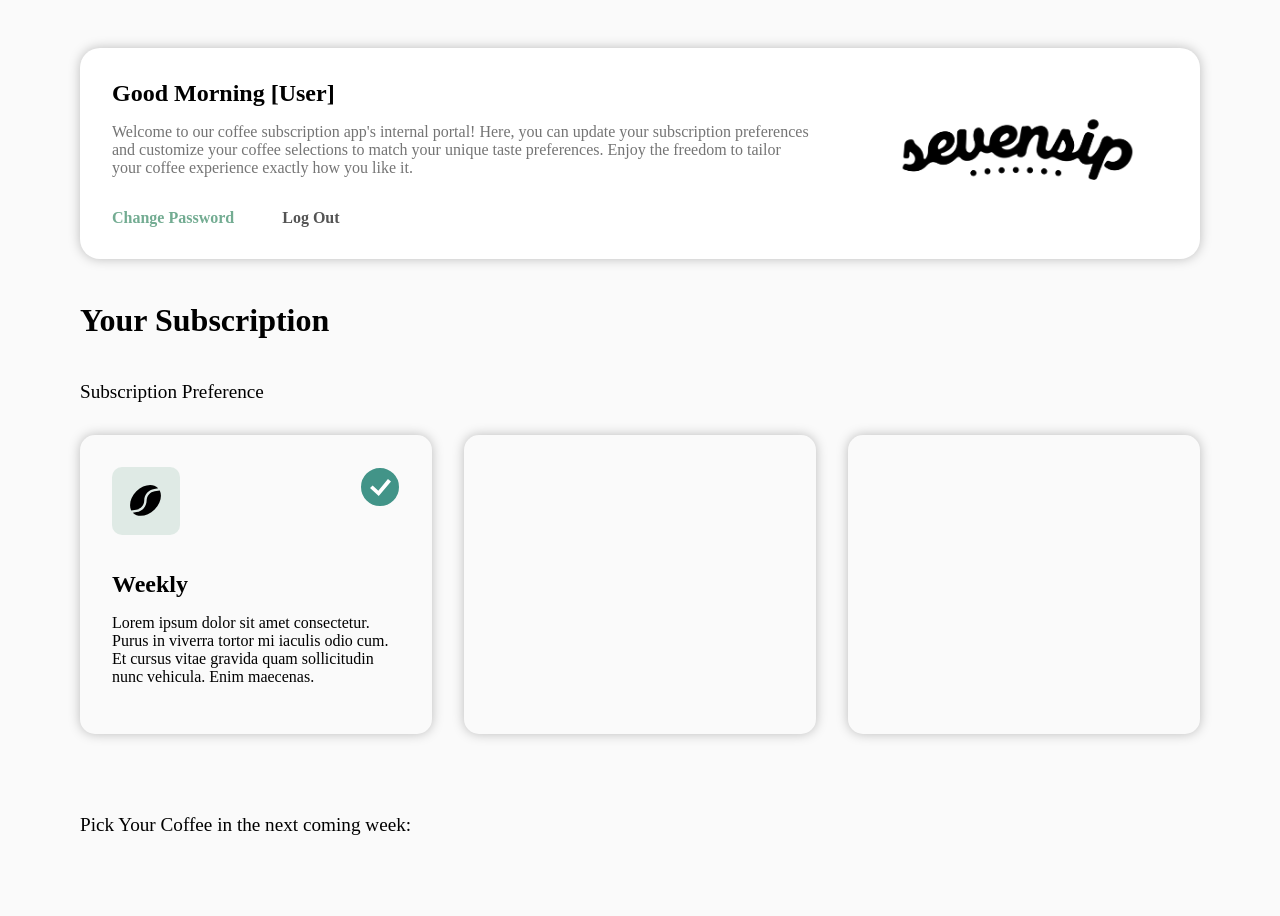
Repository: Haydenleung/COMP-4170-Final-Project
Page: http://localhost/main
The author's editor kept a copy of each file at every save. The page is drawn from the files as they stood at one save, then again after the next save.
The browser window is 1280 px wide. The pictures show the whole page.
The page is served by the project's Node server (app.js).

Above is the page before, as saved 2024-03-22 18:18:41.

After the next save:
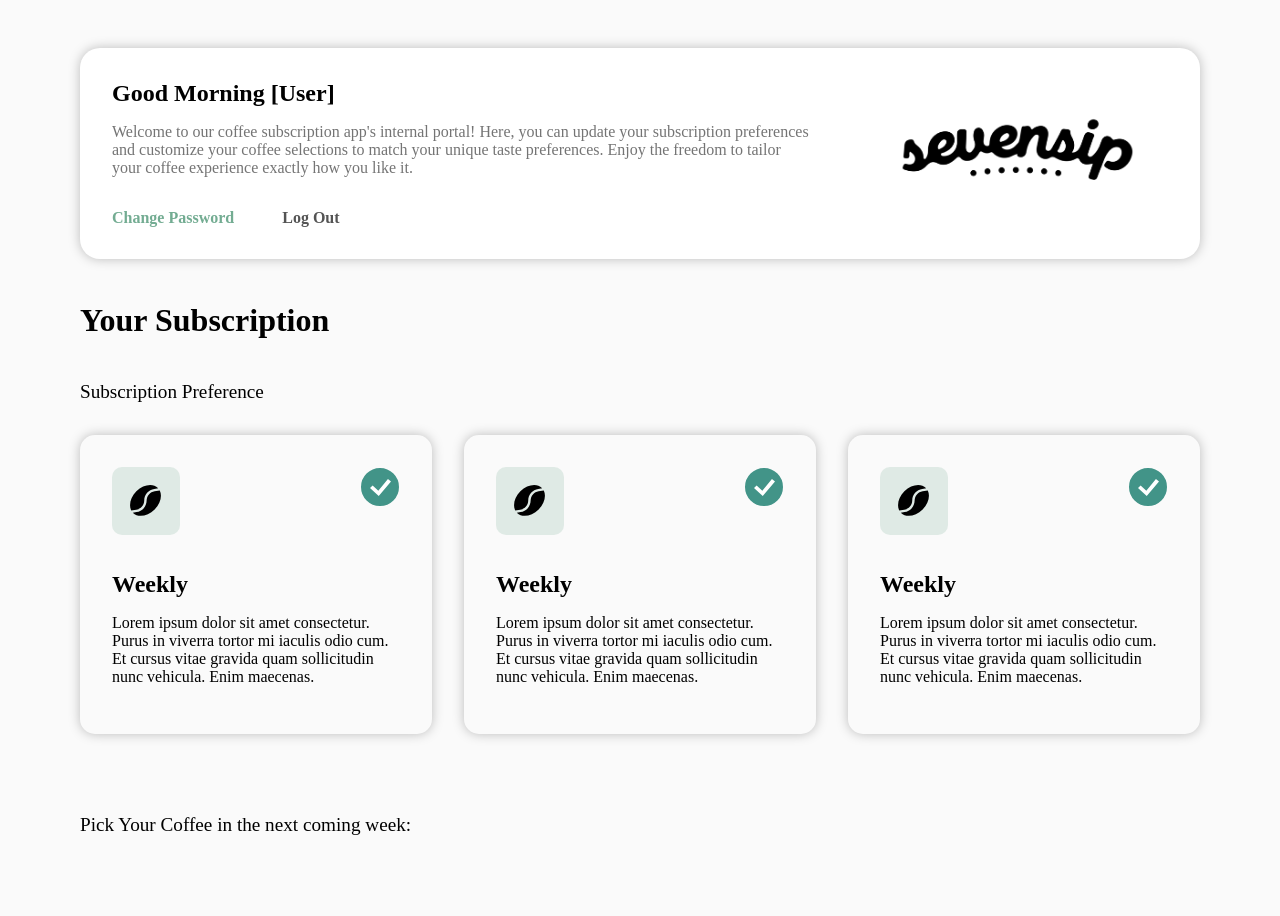
Saved 14 s later.
--- a/views/main.ejs
+++ b/views/main.ejs
@@ -37,8 +37,33 @@
                             odio cum. Et
                             cursus vitae gravida quam sollicitudin nunc vehicula. Enim maecenas.</p>
                     </div>
-                    <div class="sub-option"></div>
-                    <div class="sub-option"></div>
+                    <div class="sub-option">
+                        <div class="tick">
+                            <svg viewBox="0 0 100 100" xmlns="http://www.w3.org/2000/svg">
+                                <circle cx="50" cy="50" r="45" fill="#429488" stroke="#429488" stroke-width="5" />
+                            </svg>
+                            <img class="sub-tick" src="/images/tick.svg" alt="icon" />
+                        </div>
+                        <img class="sub-icon" src="/images/week.svg" alt="icon" />
+                        <div class="sub-title">Weekly</div>
+                        <p class="sub-body">Lorem ipsum dolor sit amet consectetur. Purus in viverra tortor mi iaculis
+                            odio cum. Et
+                            cursus vitae gravida quam sollicitudin nunc vehicula. Enim maecenas.</p>
+                    </div>
+                    <div class="sub-option">
+                        <div class="tick">
+                            <svg viewBox="0 0 100 100" xmlns="http://www.w3.org/2000/svg">
+                                <circle cx="50" cy="50" r="45" fill="#429488" stroke="#429488" stroke-width="5" />
+                            </svg>
+                            <img class="sub-tick" src="/images/tick.svg" alt="icon" />
+                        </div>
+                        <img class="sub-icon" src="/images/week.svg" alt="icon" />
+                        <div class="sub-title">Weekly</div>
+                        <p class="sub-body">Lorem ipsum dolor sit amet consectetur. Purus in viverra tortor mi iaculis
+                            odio cum. Et
+                            cursus vitae gravida quam sollicitudin nunc vehicula. Enim maecenas.</p>
+                    </div>
+
                 </div>
             </div>
             <div class="coffee-section">
